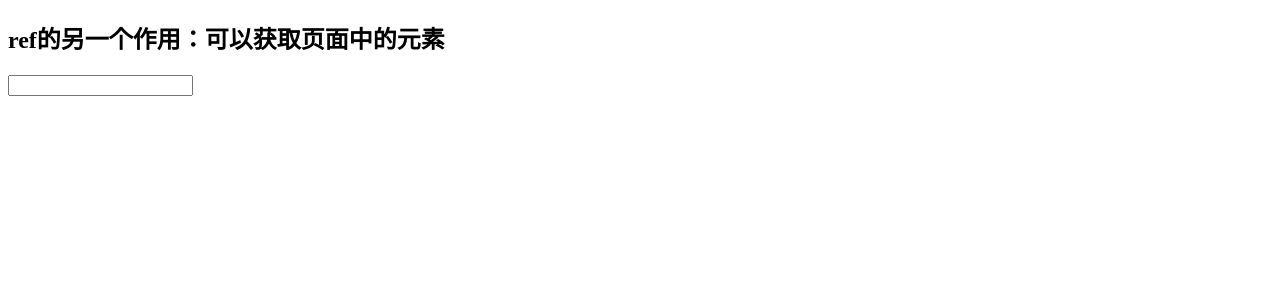
Repository: zhuhongxiang/Vue3.0-TSLeaning
Page: / (app in 04_Vue3/vue3_learning/)
An editor plug-in stored every save of this project. The page is shown before and after the next save, followed by the edit.
The browser window is 1280 px wide. The pictures show the whole page.
The project was rebuilt for these pictures with package versions that can differ from the ones it lists, and the page was loaded fresh each time.

Above is the page before, as saved 2021-07-26 17:08:38.

After the next save:
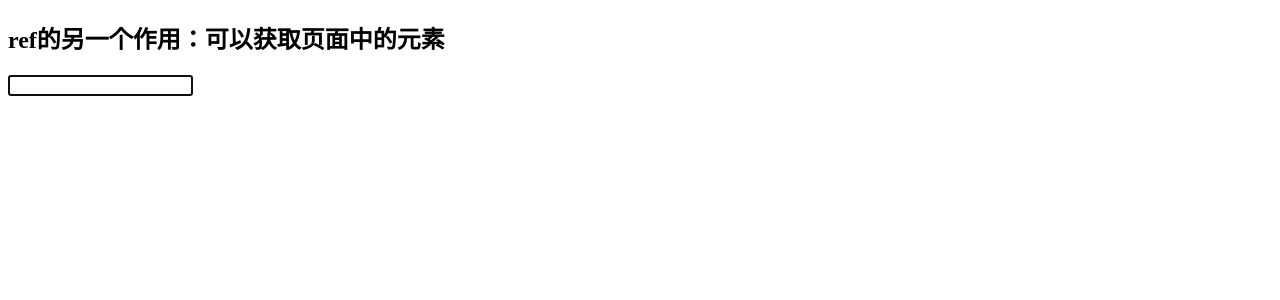
Saved 16 h 50 min later.
--- a/04_Vue3/vue3_learning/src/App.vue
+++ b/04_Vue3/vue3_learning/src/App.vue
@@ -1,17 +1,25 @@
 <template>
   <h2>ref的另一个作用：可以获取页面中的元素</h2>
-  <input type="text" />
+  <input type="text" ref="inputRef" />
 </template>
 
 <script lang='ts'>
-import { defineComponent, reactive } from "vue";
+import { defineComponent, onMounted, reactive, ref } from "vue";
 export default defineComponent({
   name: "App",
   props: {},
   components: {},
-  // 需求：当页面加载完毕后，页面中的文本框可以直接获取焦点()
+  // 需求：当页面加载完毕后，页面中的文本框可以直接获取焦点(自动获取焦点)
   setup() {
-    return {};
+    // 默认是空的，页面加载完毕，说明组件已经存在了，获取文本框元素
+    const inputRef = ref<HTMLElement | null>(null);
+    // 页面加载完毕后的生命周期组合API
+    onMounted(() => {
+      inputRef.value && inputRef.value.focus(); // 自动获取焦点
+    });
+    return {
+      inputRef,
+    };
   },
 });
 </script>
